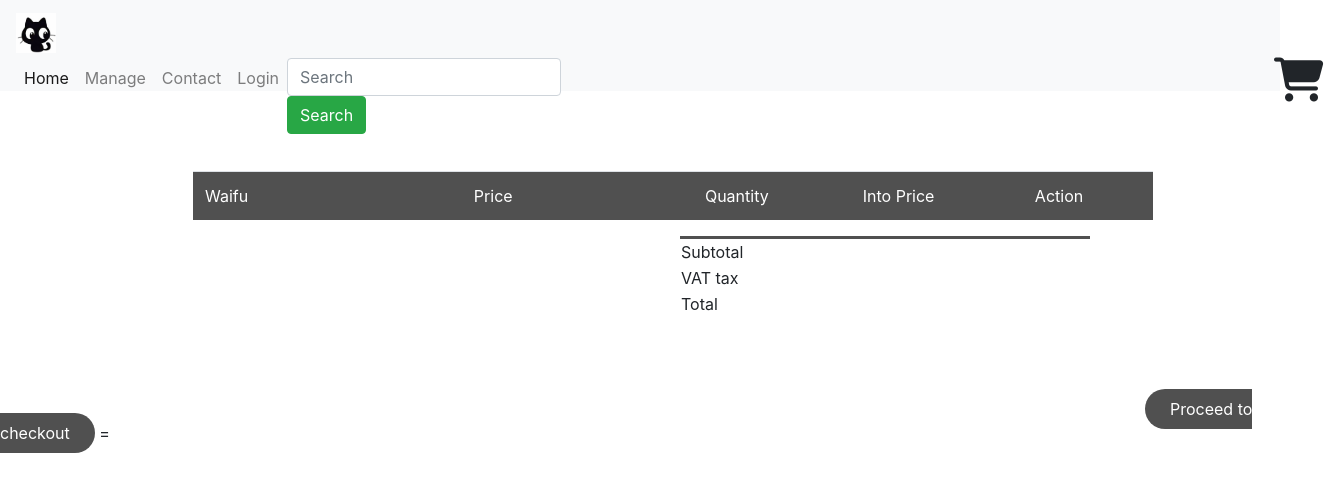
Repository: skikes11/Server-Monitor-Installation-Instructions
Page: http://localhost/web_ex_crud/Cart.jsp
These files come from the project's save history. The page is drawn as it stood at one moment and after the next save; the edit follows.
The browser window is 1280 px wide. The page is 1324 px wide, so the pictures cover 1324 px, including what lies to the right of the window. The pictures show the whole page.
Some web libraries are served in a nearby version. The page is served by Tomcat 9.

Above is the page before, as saved 2021-08-25 13:07:33.

After the next save:
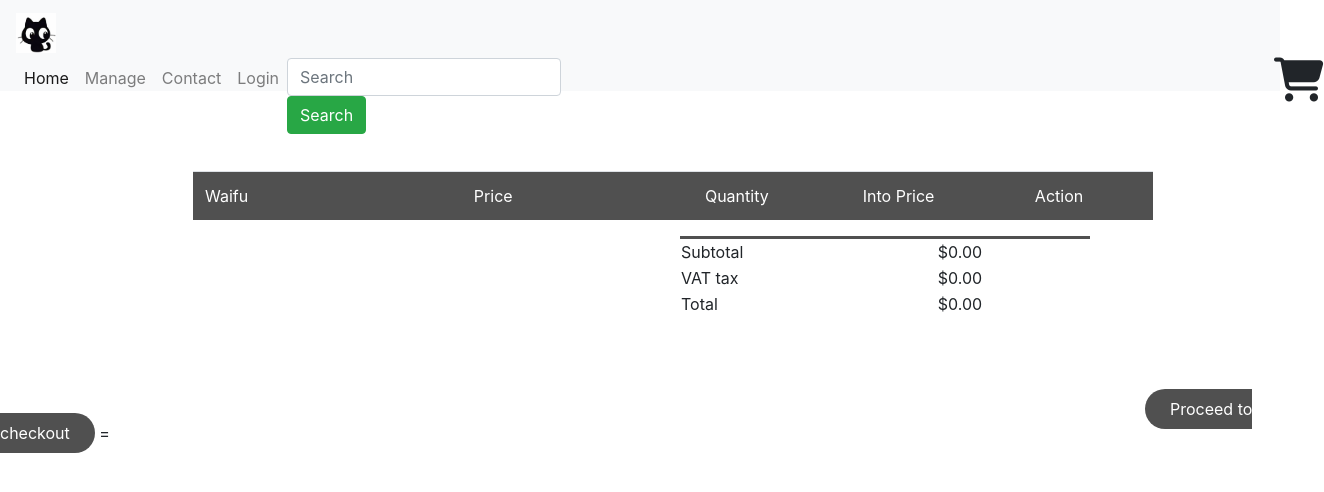
Saved 14 h 52 min later.
--- a/web_ex_crud/src/main/webapp/Cart.jsp
+++ b/web_ex_crud/src/main/webapp/Cart.jsp
@@ -5,6 +5,7 @@
 <%@ page language="java" contentType="text/html; charset=ISO-8859-1"
     pageEncoding="ISO-8859-1"%>
 <%@page import="java.util.Map"%>
+  <%@ taglib prefix = "fmt" uri = "http://java.sun.com/jsp/jstl/fmt" %>
 <%@ taglib uri="http://java.sun.com/jsp/jstl/core" prefix="c"%>
 <!DOCTYPE html>
 <html>
